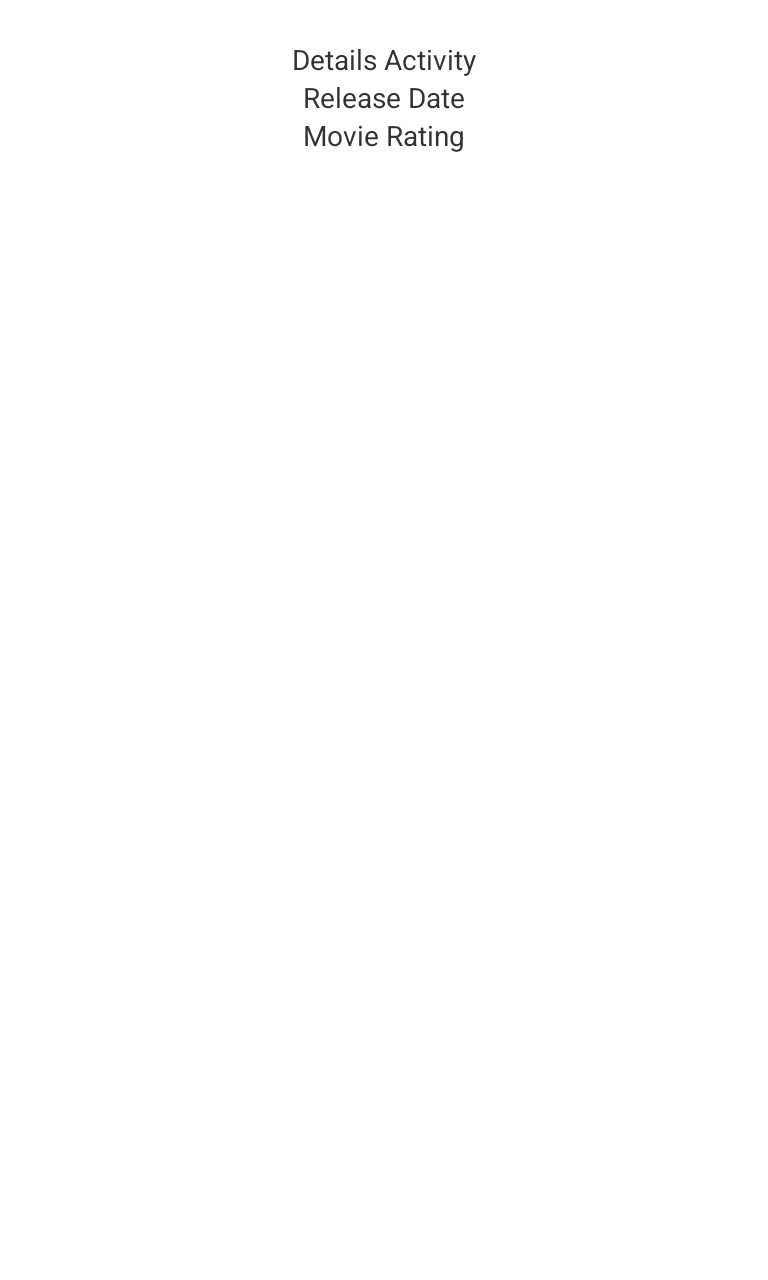
Repository: efreestone/Java2_Freestone
Layout: Java2Project2/res/layout/activity_details.xml
These files come from the project's save history. The layout is drawn as it stood at one moment and after the next save; the edit follows.
It is drawn on a 768 x 1280 px phone screen (xhdpi) without system bars, with theme AppTheme; the app's code is not run.

Above is the layout before, as saved 2014-05-15 20:56:16.

### Java2Project2/res/layout/activity_details.xml
<?xml version="1.0" encoding="utf-8"?>
<LinearLayout xmlns:android="http://schemas.android.com/apk/res/android"
    android:layout_width="match_parent"
    android:layout_height="match_parent"
    android:orientation="vertical"
    android:gravity="center_horizontal"
    android:paddingTop="20dp">

    <TextView
        android:id="@+id/titleTextView"
        android:layout_width="wrap_content"
        android:layout_height="wrap_content"
        android:text="Details Activity" />

    <TextView
        android:id="@+id/releaseTextView"
        android:layout_width="wrap_content"
        android:layout_height="wrap_content"
        android:text="Release Date" />

    <TextView
        android:id="@+id/movieRatingTextView"
        android:layout_width="wrap_content"
        android:layout_height="wrap_content"
        android:text="Movie Rating" />

</LinearLayout>

Loaded but not shown: Java2Project2/res/values/styles.xml (common file); Java2Project2/res/values-v11/styles.xml (common file); Java2Project2/res/values-v14/styles.xml (common file)

After the next save:
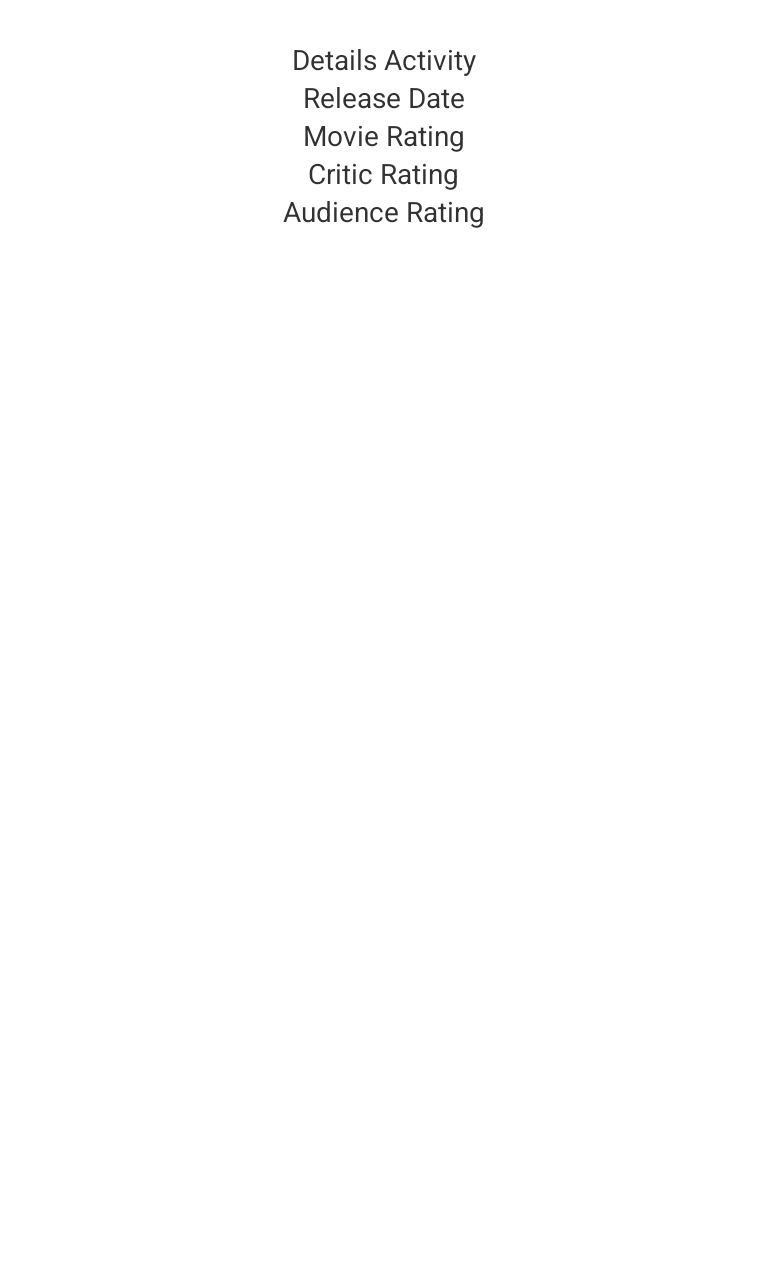
Saved 114 s later.
--- a/Java2Project2/res/layout/activity_details.xml
+++ b/Java2Project2/res/layout/activity_details.xml
@@ -24,4 +24,16 @@
         android:layout_height="wrap_content"
         android:text="Movie Rating" />
 
+    <TextView
+        android:id="@+id/criticRatingTextView"
+        android:layout_width="wrap_content"
+        android:layout_height="wrap_content"
+        android:text="Critic Rating" />
+
+    <TextView
+        android:id="@+id/audienceRatingTextView"
+        android:layout_width="wrap_content"
+        android:layout_height="wrap_content"
+        android:text="Audience Rating" />
+
 </LinearLayout>
